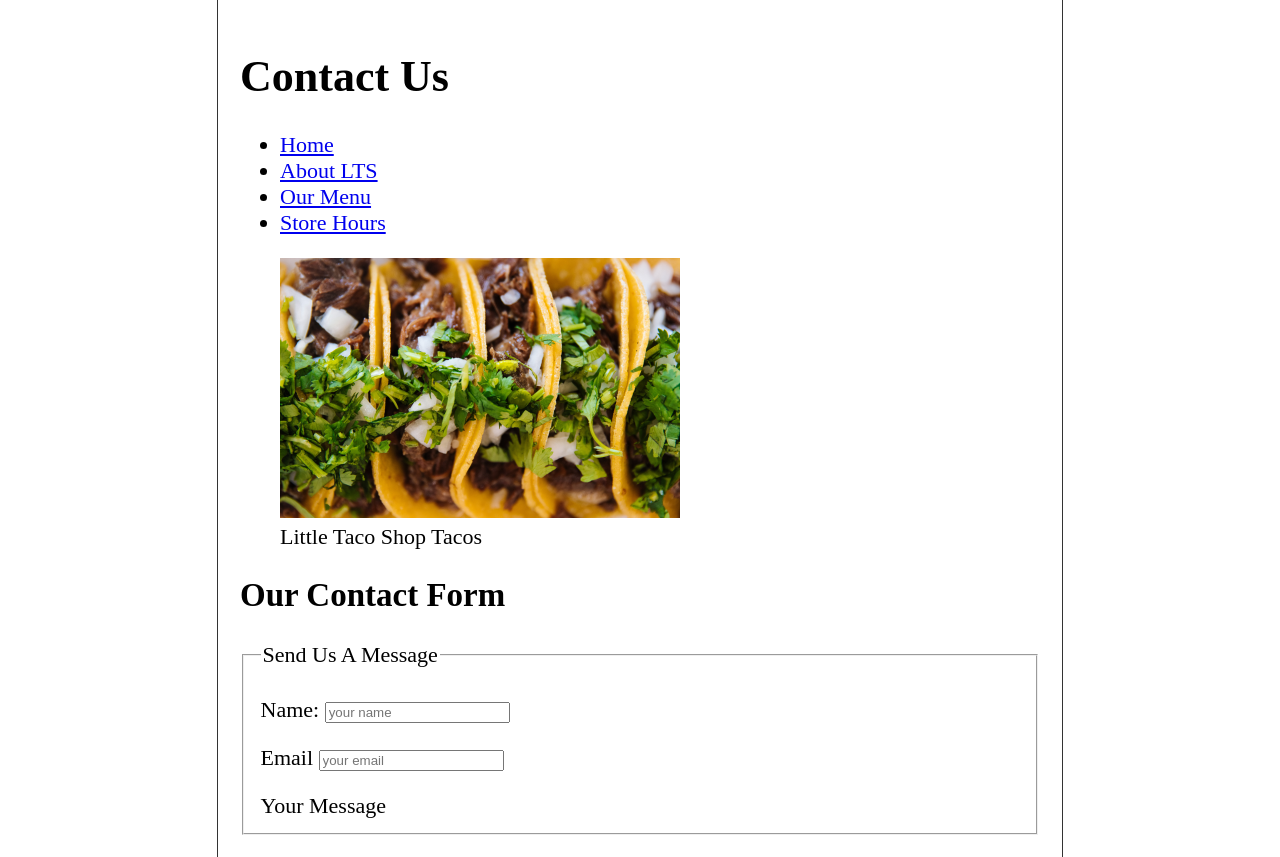
Repository: Israa-Odeh/html-basics-project
Page: contact.html
An editor plug-in stored every save of this project. The page is shown before and after a run of saves, followed by the edit.
The browser window is 1280 px wide. The pictures show the whole page.

Above is the page before, as saved 2024-08-20 03:06:16.

### contact.html
<!DOCTYPE html>
<html>

<head>
    <meta charset="UTF-8">
    <meta name="author" content="Israa Odeh">
    <meta name="description"
        content="Get in touch with Little Taco Shop! Visit our Contact Us page for our phone number, and location details. We are here to help with any questions or feedback.">
    <title>Contact Us - LTS</title>
    <link rel="icon" href="favicon.ico" type="image/x-icon">
    <link rel="stylesheet" href="css/style.css">
</head>

<body>
    <header>
        <h1>Contact Us</h1>
        <nav>
            <ul>
                <li>
                    <a href="index.html">Home</a>
                </li>
                <li>
                    <a href="index.html#about">About LTS</a>
                </li>
                <li>
                    <a href="index.html#menu">Our Menu</a>
                </li>
                <li>
                    <a href="hours.html">Store Hours</a>
                </li>
            </ul>
        </nav>
        <figure>
            <img src="img/tacos_close_up_400x260.png"
                alt="Close-up of a taco topped with fresh onions and vibrant parsley." width="400" height="260">
            <figcaption>Little Taco Shop Tacos</figcaption>
        </figure>
    </header>

    <main>
        <h2>Our Contact Form</h2>
        <form action="https://httpbin.org/post" method="post">
            <fieldset>
                <legend>Send Us A Message</legend>
                <p>
                    <label for="name">Name:</label>
                    <input type="text" id="name" name="name" placeholder="your name" required autocomplete="name">
                </p>
                <p>
                    <label for="email">Email</label>
                    <input type="email" id="email" name="email" placeholder="your email" required autocomplete="email">
                </p>
                <label for="message">Your Message</label>
            </fieldset>
        </form>

    </main>

    <footer>

    </footer>

</body>

</html>

Loaded but not shown: css/style.css (common file)

After the next 3 saves:
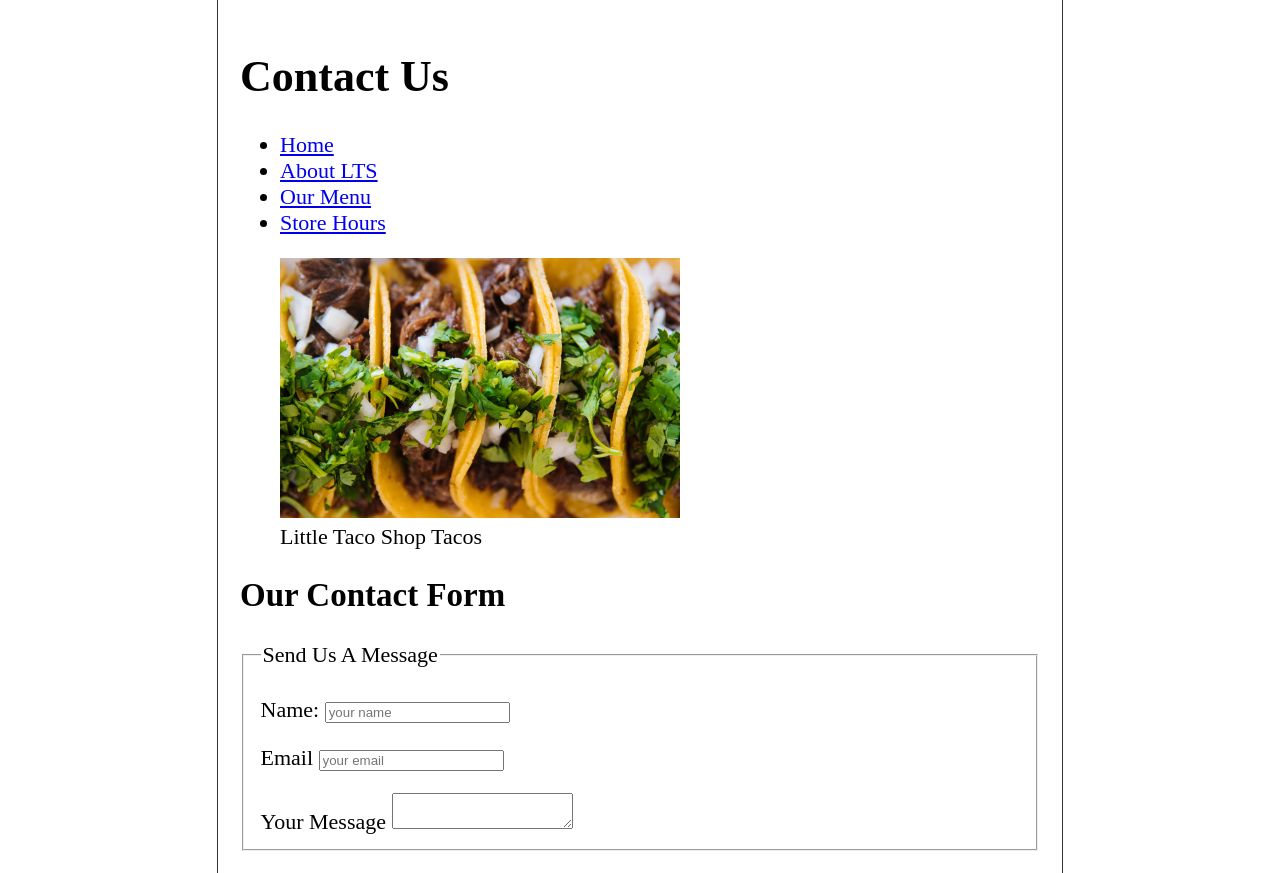
The 3 saves are shown as one change because they came seconds apart.
The last was saved 13 s later.
--- a/contact.html
+++ b/contact.html
@@ -51,6 +51,7 @@
                     <input type="email" id="email" name="email" placeholder="your email" required autocomplete="email">
                 </p>
                 <label for="message">Your Message</label>
+                <textarea name="messgae" id="message"></textarea>
             </fieldset>
         </form>
 
